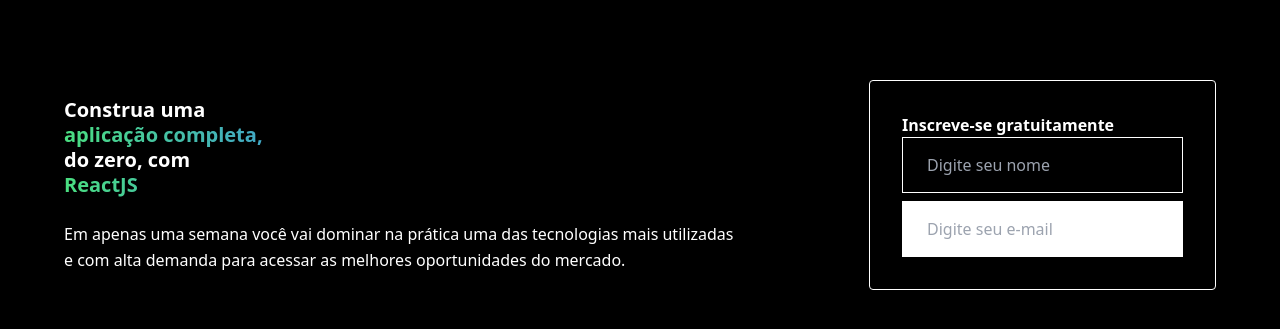
Repository: LuisSempre/Ignite-Lab---ReactJs-2022
Page: /
The author's editor kept a copy of each file at every save. The page is drawn from the files as they stood at one save, then again after the next save.
The browser window is 1280 px wide. The pictures show the whole page.
The project was rebuilt for these pictures with package versions that can differ from the ones it lists, and the page was loaded fresh each time. Also part of the build but not shown: vite.config.ts, components/Header.tsx, components/Lesson.tsx, components/Sidebar.tsx, pages/Event.tsx. Imported but missing from the stored project, and not drawn on this page: components/Video.

Above is the page before, as saved 2022-06-24 23:52:27.

After the next save:
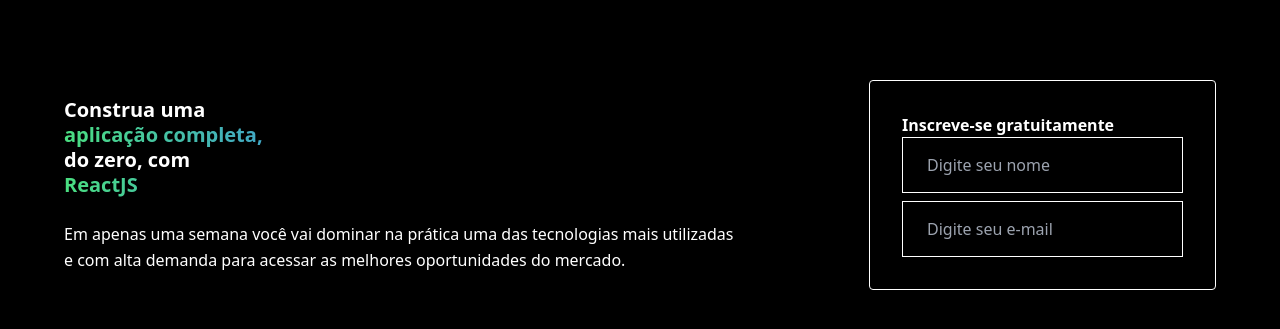
Saved 33 s later.
--- a/pages/Subscribe.tsx
+++ b/pages/Subscribe.tsx
@@ -22,7 +22,7 @@
                     <strong>Inscreve-se gratuitamente</strong>
                     <form action="" className="flex flex-col w-full gap-2">
                         <input className="px-6 bg-black border border-white h-14" type="text" placeholder="Digite seu nome"/>
-                        <input className="px-6 border border-white h-14" type="text" placeholder="Digite seu e-mail"/>
+                        <input className="px-6 bg-black border border-white h-14" type="text" placeholder="Digite seu e-mail"/>
                     </form>
                 </div>
             </div>
